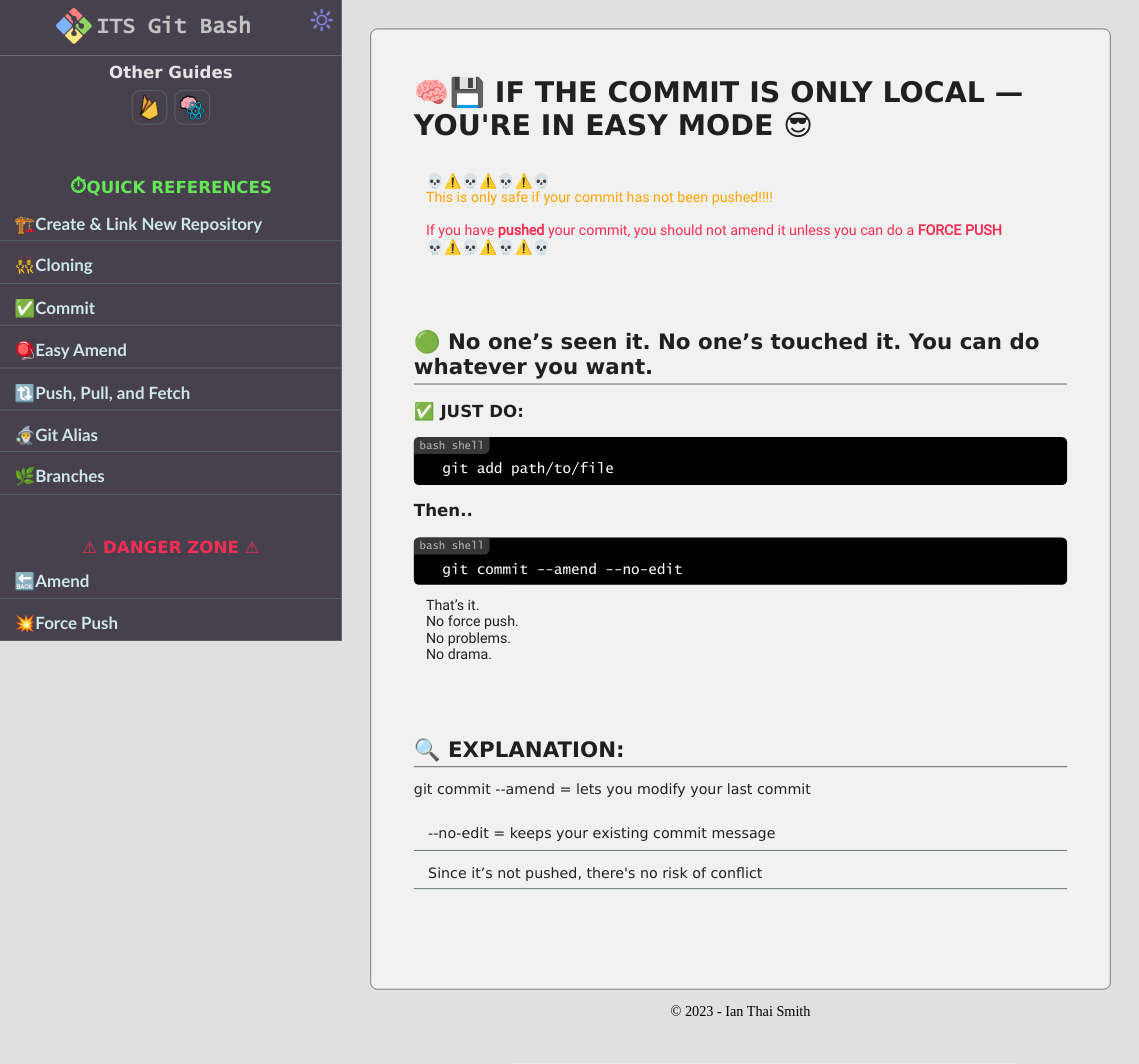
Repository: whyDoILoveThis/project__ITS_Git_Bash
Page: html/easy-amend.html
These files come from the project's save history. The page is drawn as it stood at one moment and after the next save; the edit follows.
The browser window is 1280 px wide. The pictures show the whole page, at 89% of full size.

Above is the page before, as saved 2025-07-06 06:31:18.

### html/easy-amend.html
<!DOCTYPE html>
<html lang="en">
  <head>
    <meta charset="UTF-8" />
    <meta name="viewport" content="width=device-width, initial-scale=1.0" />
    <link rel="stylesheet" href="/css/normalize.css" />
    <link rel="stylesheet" href="/css/style.css" />
    <title>new-page</title>
  </head>
  <body>
    <!--!!!!!-->
    <!--! MAIN-WRAP -->
    <div class="main-wrap">
      <section class="article-wrap">
        <article class="article">
          <h1>🧠💾 IF THE COMMIT IS ONLY LOCAL — YOU'RE IN EASY MODE 😎</h1>
          <p class="orng">
            💀⚠️💀⚠️💀⚠️💀
            <br />
            This is only safe if your commit has not been pushed!!!!
            <br />
            <br />
            <em class="red">
              If you have <b>pushed</b> your commit, you should not amend it
              unless you can do a <b>FORCE PUSH</b>
            </em>
            <br />
            💀⚠️💀⚠️💀⚠️💀
          </p>
          <h2>
            🟢 No one’s seen it. No one’s touched it. You can do whatever you
            want.
          </h2>
          <h3>✅ JUST DO:</h3>
          <div class="code">
            <p>git add path/to/file<br /></p>
          </div>
          <h3>Then..</h3>
          <div class="code">
            <p>git commit --amend --no-edit</p>
          </div>
          <p>
            That’s it. <br />
            No force push. <br />
            No problems. <br />
            No drama.
          </p>
          <h2>🔍 EXPLANATION:</h2>
          <ul>
            <p>git commit --amend = lets you modify your last commit</p>
            <li>--no-edit = keeps your existing commit message</li>
            <li>Since it’s not pushed, there's no risk of conflict</li>
          </ul>
        </article>
      </section>
    </div>
    <!--! MAIN-WRAP -->
    <!--! !!!!!!! -->
    <script src="/JS/dynamic-nav.js"></script>
  </body>
</html>

### css/style.css


/*TODO: REFACTOR FOR BETTER ORGANIZATION
        AND REMOVING REDUNDANCIES*/

        :root {
            --size--brightness-toggler: 50px;
        }


.gradient {
    width: 100vw;
    height: 100vh;
    background: rgb(52,30,84);
background: linear-gradient(360deg, rgba(52,30,84,1) 0%, rgba(67,41,166,1) 100%);
}

@font-face {
    font-family: LucidaConsole;
    src: url(/fonts/lucon.ttf);

}

@font-face {
    font-family: Roboto;
    src: url(/fonts/Roboto-Regular.ttf);
}

body {
    font-family: 'Lucida Sans', 'Lucida Sans Regular', 'Lucida Grande', 'Lucida Sans Unicode', Geneva, Verdana, sans-serif;
    transition: background-color 0.3s ease-in;
    background-color: rgb(36, 31, 35);

}

body::-webkit-scrollbar-track
{
	-webkit-box-shadow: inset 0 0 6px rgba(0,0,0,0.3);
	border-radius: 10px;
	background-color: rgb(52, 29, 69);
}

body::-webkit-scrollbar
{
    border-radius: 10px;

	width: 5px;
	background-color: rgb(50, 41, 56);
}

body::-webkit-scrollbar-thumb
{
	border-radius: 10px;
	-webkit-box-shadow: inset 0 0 6px rgba(0,0,0,.3);
	background-color: #8181DB;
}



ul {
    list-style-type: none;
    padding: 0;
    padding-bottom: 4rem;
    margin: 0;
}

ul li {
    padding: 1rem 0 0.5rem 1rem;
    border-bottom: 0.5px solid rgb(90, 105, 110);
}

li a {
    text-decoration: none;
    color: rgb(206, 231, 231);
    font-family: 'Trebuchet MS', 'Lucida Sans Unicode', 'Lucida Grande', 'Lucida Sans', Arial, sans-serif;
    font-weight: 600;
    text-decoration-thickness: 0px;
    font-size: 19px;
}

a {
    color: rgb(45, 143, 248);
    text-decoration: none;
}

a:hover {
    font-weight: 600;
    text-decoration: underline;
}

li a:hover {
    text-decoration: underline;
    text-decoration-thickness: 2px;
    text-decoration-color: rgb(110, 203, 103);
}

em {
    font-style: normal;
}

.main-wrap {
    display: flex;
    height: 100%;
    width: 100%;
}

/** NAV */

.nav {
    z-index: 100;
    background: rgba(50, 41, 56, 0.877);
    backdrop-filter: blur(8px);
    -webkit-backdrop-filter: blur(8px);
    display: flex;
    flex-direction: column;
    width: 30%;
    height: 100%;
    position: fixed;
    overflow: auto;
    transition: all 0.37s ease-out;
}

.nav::-webkit-scrollbar-track
{
	-webkit-box-shadow: inset 0 0 6px rgba(0,0,0,0.3);
	border-radius: 10px;
	background-color: rgb(50, 41, 56);
}

.nav::-webkit-scrollbar
{
    border-radius: 10px;

	width: 3px;
	background-color: rgb(50, 41, 56);
}

.nav::-webkit-scrollbar-thumb
{
	border-radius: 10px;
	-webkit-box-shadow: inset 0 0 6px rgba(0,0,0,.3);
	background-color: #8181DB;
}


.logo-wrap {
    height: auto;
    max-height: 40px;
    display: flex;
    align-items: center;
    justify-content: center;
    gap: 0.3rem;
    padding: 0.7rem;
    border-bottom: 1px solid rgb(115, 115, 115);
    padding-right: var(--size--brightness-toggler);

}

.logo__icon {
    width: 8vw;
    max-width: 40px;
    height: 8vw;
    max-height: 40px;
    display: inline;
}

.logo__tag {
    color: rgb(195, 195, 195);
    font-family:  LucidaConsole, Arial, Helvetica, sans-serif;
    white-space: 1px;
    font-size: 24px;
    font-weight: 600;
    margin: 0;
}

.dark-mode-toggler-wrap {
    position: absolute;
    top: 10px;
    right: 10px;

}

.other-guides-wrap {
    margin: 0.5rem;
    display: flex;
    justify-content: center;
    align-self: center;
    gap: 0.5rem;
}

.other-guides-wrap > a > img {
    width: 28px;
}

.other-guides-heading {
    color: rgb(228, 228, 228);
    margin-top: 0;
}

.guide-link {
    border: 1px solid rgb(90, 105, 110);
    border-radius: 10px;
    display: flex;
    justify-content: center;
    padding: 0.3rem;
    transition: background-color 0.4s;
}

.guide-link:hover {
    background-color: rgba(255, 255, 255, 0.117);
}

.quick-ref-heading {
    color: rgb(101, 230, 87);
    text-transform: uppercase;
}

.quick-ref-heading::before {
    content: '⏱';
    font-size: 24px;
}

.article-wrap {
    margin-left: 30%;
    width: calc(70% - 2rem * 2);
    padding: 2rem;
}

.article {
    border: 1px solid rgb(109, 109, 109);
    border-radius:8px;
    display: flex;
    flex-direction: column;
    padding: 3rem;
    padding-top: 2rem;

    background-color: rgb(49, 49, 49);
    color: rgba(255, 255, 255, 0.90);
    transition: background-color 0.4s ease-in, color 0.5s ease-in;

}

.article__heading,
.article h2.h2--large {
    text-align: center;
    font-size: 32px;
    margin: 0.8rem;
    border: 0;
}

.article h2 {
    margin: 4.4rem 0 0rem 0;
    border-bottom: 1px solid #555;
    padding-bottom: 0.3rem;
}


.article > p {
    font-family: Roboto, Arial, Helvetica, sans-serif;
    margin: 0.85rem;
}

.emoji {
    display: inline;
    width: 20px;
}

.emoji--rocket {
    content: url(/img/emoji-rocket.PNG);
}

.code {
    font-family: LucidaConsole, Arial, Helvetica, sans-serif;
    white-space: nowrap;
    background-color: black;
    color: white;
    font-style: normal;
    width: 100%;
    display: flex;
    flex-direction: column;
    border-radius: 6px;
    overflow: auto;
}

.code p::selection,
.code em::selection {
    background: rgba(214, 172, 238, 0.273);
    color: inherit;
}

.code::-webkit-scrollbar {
    width: 12px;
    background-color: #F5F5F5;
    height: 7px;
}
.code::-webkit-scrollbar-thumb {
    border-radius: 1px;
    -webkit-box-shadow: inset 0 0 6px rgba(0,0,0,.3);
    background-color: #555;
}
.code::-webkit-scrollbar-track {
    -webkit-box-shadow: inset 0 0 6px rgba(0,0,0,0.3);
    border-radius: 1px;
    background-color: #F5F5F5;
}


.code::before {
    content: 'bash shell';
    background-color: rgb(55, 55, 55);


    align-self: flex-start;

    color: rgb(184, 184, 184);
    padding: 0.25rem 0.4rem 0.1rem 0.4rem;
    border-radius: 6px 0px 6px 0;
    font-size: 12px;
}

.code--html::before {
    content: 'HTML';
    color: rgb(255, 72, 0);
    letter-spacing: 1px;
}

.code--js::before {
   content: 'javascript';
   color: yellow;
}

.code--json::before {
    content: 'json';
    color: rgb(93, 184, 93);
}

.code--file-struct::before {
    content: '📁';
    font-size: 20px;
}

.code p {
    margin: 0.5rem 0 0.5rem 2rem;
    display: inline-block;
    flex: 0 0 100%;
}

.comnt {
    color: rgb(123, 123, 123);
}

.orng {
    color: orange;
}

.grn {
    color: rgb(60, 162, 60);
}

.blu {
    color: rgb(74, 189, 255);
}

.red {
    color: rgb(246, 46, 83);
}

/** BUTTONS */

.btn-group {
    display: flex;
    gap: 0.5rem;
}

.btn {
    position: relative;
    z-index: 99;
    width: 100%;
    font-family: Roboto, Arial, Helvetica, sans-serif;
    font-size: 24px;
    text-shadow: 0 0 2px rgba(0, 0, 0, 0.577);
    padding: 10px 20px;
    background-color: #27396a;

    color: #6cbbfb;
    cursor: pointer;
    border-radius: 10px;
    border: 1.5px solid rgb(0, 0, 0);
    margin-top: 1rem;
}

.btn--important {
    color: rgb(252, 107, 107);
    background-color: rgb(83, 32, 32);
}

.btn--more-info-box {

    font-family: Roboto, Arial, Helvetica, sans-serif;
    background-color: #eeeeee;
    background-color: #363232;

    color: #202020;
    color: rgba(255, 255, 255, 0.90);
    position: relative;
    top: -1rem;
    padding: 1rem;
    border-radius: 8px;
    text-align: center;
    border: 1.5px solid rgb(0, 115, 225);
    animation: 0.5s ease-in-out;
    transform-origin: top center;
    transition: background-color 0.4s ease-in, color 0.5s ease-in;
}

.btn--more-info-box.hidden {
    display: none;

}

@keyframes bounceDown {
    0% {
        transform: scaleY(0);
        opacity: 0;
    }
    70% {
        transform: scaleY(1.04);
        opacity: 1;
    }
    100% {
        transform: scaleY(1);
        opacity: 1;
    }
}

@keyframes bounceUp {
    0% {
        transform: scaleY(1);
        opacity: 1;
    }

    20% {
        transform: scaleY(1.04);
        opacity: 0.8;
    }

    100% {
        transform: scaleY(0);
        opacity: 0.2;
    }
}

.btn--more-info-box p {
    text-align: left;
}

.btn--more-info-box h2 {
    margin-top: 2.5rem;
}

.btn--more-info-box h3 {
    margin-top: 1.5rem;
    margin-bottom: 0;
}

@media screen and (min-width: 768px) {
    .nav-toggler {
        position: fixed;
        display: none;
        visibility: hidden;
    }
}

@media screen and (max-width: 778px) {
    ul li {
        padding: 0.8rem 0.3rem 0.5rem 0.8rem;
    }

    li a {
        font-size: 17px;
    }

    .nav {
        margin: 0;
        width: 100%;
        height: 60px;
        overflow: hidden;
        border-top-right-radius: 0;
        border-bottom-left-radius: 10px;
        border-bottom-right-radius: 10px;
        box-shadow: 1px 1px 1px 3px rgba(0, 0, 0, 0.179);
    }

    .nav-expanded {
        width: 85%;
        height: 100%;
        overflow-y: auto;
        box-shadow: 1px 1px 0px 700px rgba(0, 0, 0, 0.5);
        border-bottom-left-radius: 0;
    }

    .nav-expanded .nav-toggler {
        position: absolute;
        transform: translateY(60px);
    }

    .logo-wrap {
        place-self: center;
        padding-right: var(--size--brightness-toggler);
        padding-left: var(--size--brightness-toggler);
    }
    .logo__icon {
        height: 40px;
        width: 40px;
    }
    .dark-mode-toggler-wrap {
        position: absolute;
        top: 15px;
        right: 10px;

    }
    .nav-toggler {
       width: 40px;
       position: absolute;
       left: 10px;

       transition: all 0.2s;
    }

    .logo__tag {
        font-size: 22px;
        white-space: nowrap;
    }

    .article-wrap {
        margin: 0;
        width: calc(100% - 0.5rem * 2);
         padding: 0.5rem;
         margin-top: 70px;
     }
     .article {
        padding: 0.5rem;
    }
}

.copyright::before {
    content: '© 2023 - Ian Thai Smith ';
    font-family: 'Times New Roman', Times, serif ;
    display: flex;
    justify-content: center;

}

### JS/dynamic-nav.js
const head = document.getElementsByTagName('head')[0];
const tabIcon = document.createElement("link");
tabIcon.href = "/img/git-bash-icon.png";
tabIcon.rel = "icon";
head.appendChild(tabIcon);

const articleWrap = document.querySelector(".article-wrap");

const copyright = document.createElement("p");
copyright.classList.add("copyright");

articleWrap.appendChild(copyright);

// Select the target element
const container = document.querySelector(".main-wrap");

// Create the main navigation element
const navigation = document.createElement("nav");
navigation.classList.add("nav");

function expandNav(){
    navigation.classList.toggle("nav-expanded")
}

const navToggler = document.createElement("img");
navToggler.src = "/img/icon-nav-toggler.png";
navToggler.classList.add("nav-toggler");
navToggler.addEventListener("click", expandNav);



// Create the logo-wrap div
const logoWrap = document.createElement("div");
logoWrap.classList.add("logo-wrap");

// Create the logo icon
const logoIcon = document.createElement("img");
const homeLink = document.createElement("a");
homeLink.href = "/index.html";
logoIcon.src = "/img/git-bash-icon.png";
logoIcon.alt = "";
logoIcon.classList.add("logo__icon");
homeLink.appendChild(logoIcon);


// Create the logo tag
const logoTag = document.createElement("p");
logoTag.classList.add("logo__tag");
logoTag.innerText = "ITS Git Bash";


const darkModeTogglerWrap = document.createElement("div");
darkModeTogglerWrap.classList.add("dark-mode-toggler-wrap");
const darkModeToggler = document.createElement("img");
darkModeTogglerWrap.appendChild(darkModeToggler);
darkModeToggler.src = "/img/icon-brightness-dim.png";
darkModeToggler.style.width = "25px";
darkModeToggler.classList.add(".dark-mode-toggler");

const article = document.querySelector('.article')


darkModeToggler.addEventListener("click", toggleBrightness);

const otherGuidesWrap = document.createElement("div");
otherGuidesWrap.classList.add("other-guides-wrap");

const otherGuides = document.createElement("h3");
otherGuides.innerText = "Other Guides";
otherGuides.classList.add('other-guides-heading');
otherGuides.style.textAlign = "center";
otherGuides.style.marginBottom = "0";
otherGuides.style.marginTop = "0.5rem";

const linkBash = document.createElement('a');
const imgBash = document.createElement("img");
linkBash.classList.add('guide-link');
imgBash.src = "/img/firebase-icon.png";
linkBash.href = "https://its-firebase.vercel.app";
linkBash.appendChild(imgBash);
otherGuidesWrap.appendChild(linkBash);
// another
const linkReact18 = document.createElement('a');
const imgReact18 = document.createElement("img");
linkReact18.classList.add('guide-link');
imgReact18.src = "/img/learn-react18-icon.png";
linkReact18.href = "https://learn-react18.vercel.app";
linkReact18.appendChild(imgReact18);
otherGuidesWrap.appendChild(linkReact18);




const infoBoxes = document.querySelectorAll('.btn--more-info-box');


// Check if 'bright' is stored in localStorage
const storedBright = localStorage.getItem('bright');

// Initialize 'bright' with the stored value (or default to false if not found)
let bright = storedBright === 'false';


function toggleBrightness() {
    bright = !bright;

    // Store the updated 'bright' value in localStorage
    localStorage.setItem('bright', bright);

 // Update UI and apply styles based on 'bright' state

    if(bright){
    fadeOutAndChange(darkModeToggler, "/img/icon-brightness-bright.png");
    document.body.style.backgroundColor = 'rgb(224, 224, 224)';
    article.style.backgroundColor = 'rgb(241, 241, 241)';
    article.style.color = '#202020';
    copyright.style.color = 'black';
    infoBoxes.forEach(infoBox => {
        infoBox.style.backgroundColor = '#eeeeee';
        infoBox.style.color = '#202020';
    });
    } else {
        fadeOutAndChange(darkModeToggler, "/img/icon-brightness-dim.png");
        document.body.style.backgroundColor = 'rgb(36, 31, 35)';
        article.style.backgroundColor = 'rgb(49, 49, 49)';
        article.style.color = 'rgba(255, 255, 255, 0.90)';
        copyright.style.color = 'white';
        infoBoxes.forEach(infoBox => {
            infoBox.style.backgroundColor = '#363232';
            infoBox.style.color = 'rgba(255, 255, 255, 0.90)';
        });
    }
}

function fadeOutAndChange(element, newImageSrc) {
    element.style.opacity = 0;
    setTimeout(() => {

        element.src = newImageSrc;
        element.style.opacity = 1;
    }, 200); // Adjust the time to match your CSS transition duration
}

// Call toggleBrightness to initialize UI based on stored value
toggleBrightness();


// Append the logo icon and tag to the logo-wrap div
logoWrap.appendChild(navToggler);
logoWrap.appendChild(homeLink);
logoWrap.appendChild(logoTag);



// Create the links list
const linkList = document.createElement("ul");
linkList.classList.add("link__list");


const quickRefs = document.createElement("h3");
quickRefs.innerText = "Quick References";
quickRefs.classList.add('quick-ref-heading');
quickRefs.style.textAlign = "center";
quickRefs.style.marginBottom = "0";
quickRefs.style.marginTop = "3rem";
linkList.appendChild(quickRefs);
/****************LINKS****************** */
/****************LINKS****************** */
// Create a list item for the link
const linkItem1 = document.createElement("li");
linkItem1.classList.add("link");
// Create the link itself
const linkCreateNewRepo = document.createElement("a");
linkCreateNewRepo.href = "/html/create-and-link-new-repo.html";
linkCreateNewRepo.innerText = "🏗️Create & Link New Repository";
// Append the link to the list item
linkItem1.appendChild(linkCreateNewRepo);
// Append the list item to the links list
linkList.appendChild(linkItem1);

// Create a list item for the link
const linkItem2 = document.createElement("li");
linkItem2.classList.add("link");
const linkCloning = document.createElement("a");
linkCloning.href = "/html/cloning.html";
linkCloning.innerText = "👯‍♀️Cloning";
// Append the link to the list item
linkItem2.appendChild(linkCloning);
// Append the list item to the links list
linkList.appendChild(linkItem2);

const linkItem3 = document.createElement("li");
linkItem3.classList.add("link");
const linkCommit = document.createElement("a");
linkCommit.href = "/html/commit.html";
linkCommit.innerText = "✅Commit";
linkItem3.appendChild(linkCommit);
linkList.appendChild(linkItem3);

const linkItem3v1 = document.createElement("li");
linkItem3v1.classList.add("link");
const linkEasyAmend = document.createElement("a");
linkEasyAmend.href = "/html/easy-amend.html";
linkEasyAmend.innerText = "🪀Easy Amend";
linkItem3v1.appendChild(linkEasyAmend);
linkList.appendChild(linkItem3v1);

const linkItem4 = document.createElement("li");
linkItem4.classList.add("link");
const linkPushPullAndFetch = document.createElement("a");
linkPushPullAndFetch.href = "/html/push-pull-and-fetch.html";
linkPushPullAndFetch.innerText = "🔃Push, Pull, and Fetch";
linkItem4.appendChild(linkPushPullAndFetch);
linkList.appendChild(linkItem4);

const linkItem7 = document.createElement("li");
linkItem7.classList.add("link");
const linkGitAlias = document.createElement("a");
linkGitAlias.href = "/html/git-alias.html";
linkGitAlias.innerText = "🧙‍♂️Git Alias";
linkItem7.appendChild(linkGitAlias);
linkList.appendChild(linkItem7);

const linkItem8 = document.createElement("li");
linkItem8.classList.add("link");
const linkBranches = document.createElement("a");
linkBranches.href = "/html/branches.html";
linkBranches.innerText = "🌿Branches";
linkItem8.appendChild(linkBranches);
linkList.appendChild(linkItem8);

const dangerZone = document.createElement("h3");
dangerZone.innerText = "⚠ DANGER ZONE ⚠";
dangerZone.style.textAlign = "center";
dangerZone.classList.add("red");
dangerZone.style.marginBottom = "0";
dangerZone.style.marginTop = "3rem";
linkList.appendChild(dangerZone);

const linkItem5 = document.createElement("li");
linkItem5.classList.add("link");
const linkAmend = document.createElement("a");
linkAmend.href = "/html/amend.html";
linkAmend.innerText = "🔙Amend";
linkItem5.appendChild(linkAmend);
linkList.appendChild(linkItem5);

const linkItem6 = document.createElement("li");
linkItem6.classList.add("link");
const linkForcePush = document.createElement("a");
linkForcePush.href = "/html/💥force-push.html";
linkForcePush.innerText = "💥Force Push";
linkItem6.appendChild(linkForcePush);
linkList.appendChild(linkItem6);





/****************LINKS****************** */
/****************LINKS****************** */


// Append the logo-wrap div and links list to the navigation
navigation.appendChild(logoWrap);
navigation.appendChild(darkModeTogglerWrap);
navigation.appendChild(otherGuides);
navigation.appendChild(otherGuidesWrap);
navigation.appendChild(linkList);

// Append the navigation to the container
container.appendChild(navigation);

Loaded but not shown: css/normalize.css (library)

After the next save:
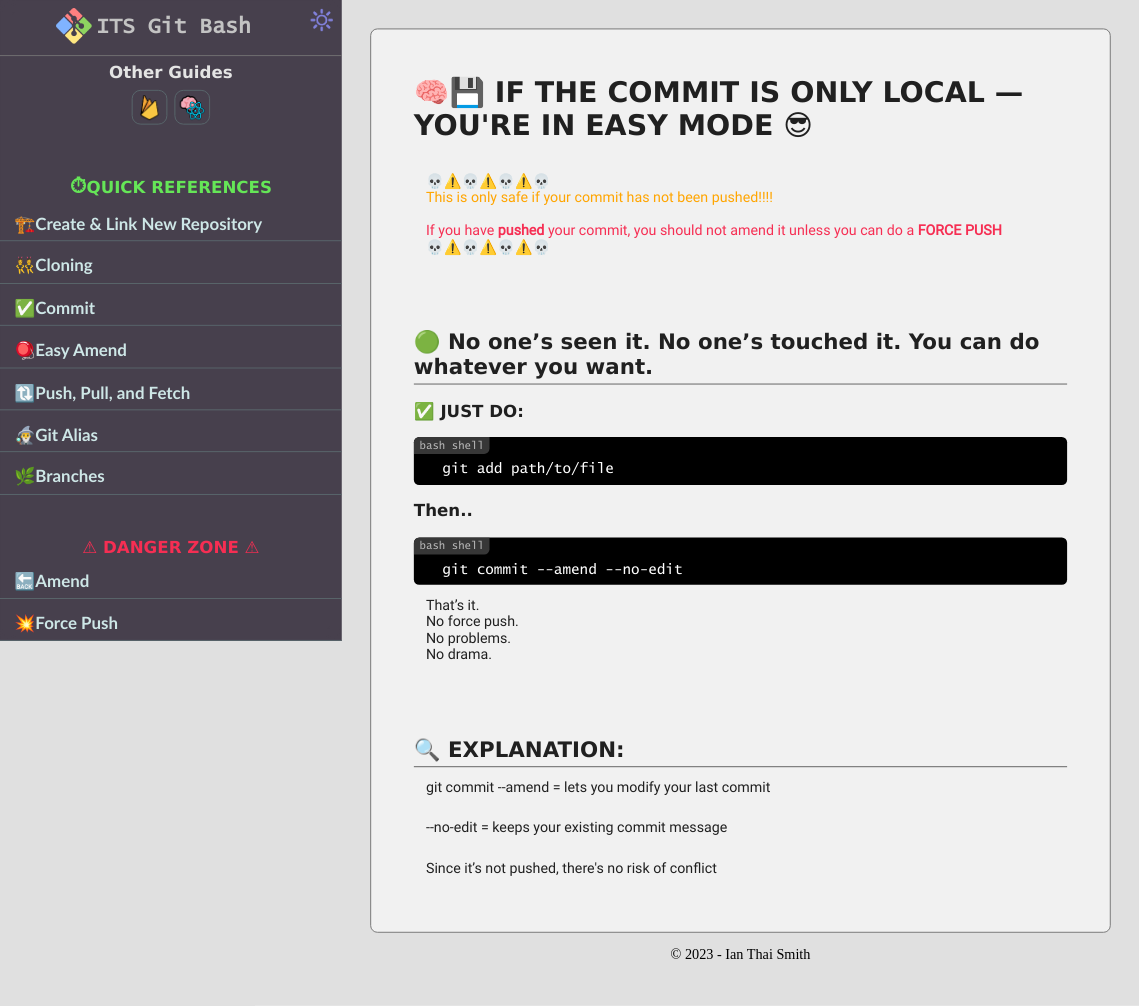
Saved 17 s later.
--- a/html/easy-amend.html
+++ b/html/easy-amend.html
@@ -46,11 +46,10 @@
             No drama.
           </p>
           <h2>🔍 EXPLANATION:</h2>
-          <ul>
-            <p>git commit --amend = lets you modify your last commit</p>
-            <li>--no-edit = keeps your existing commit message</li>
-            <li>Since it’s not pushed, there's no risk of conflict</li>
-          </ul>
+
+          <p>git commit --amend = lets you modify your last commit</p>
+          <p>--no-edit = keeps your existing commit message</p>
+          <p>Since it’s not pushed, there's no risk of conflict</p>
         </article>
       </section>
     </div>
